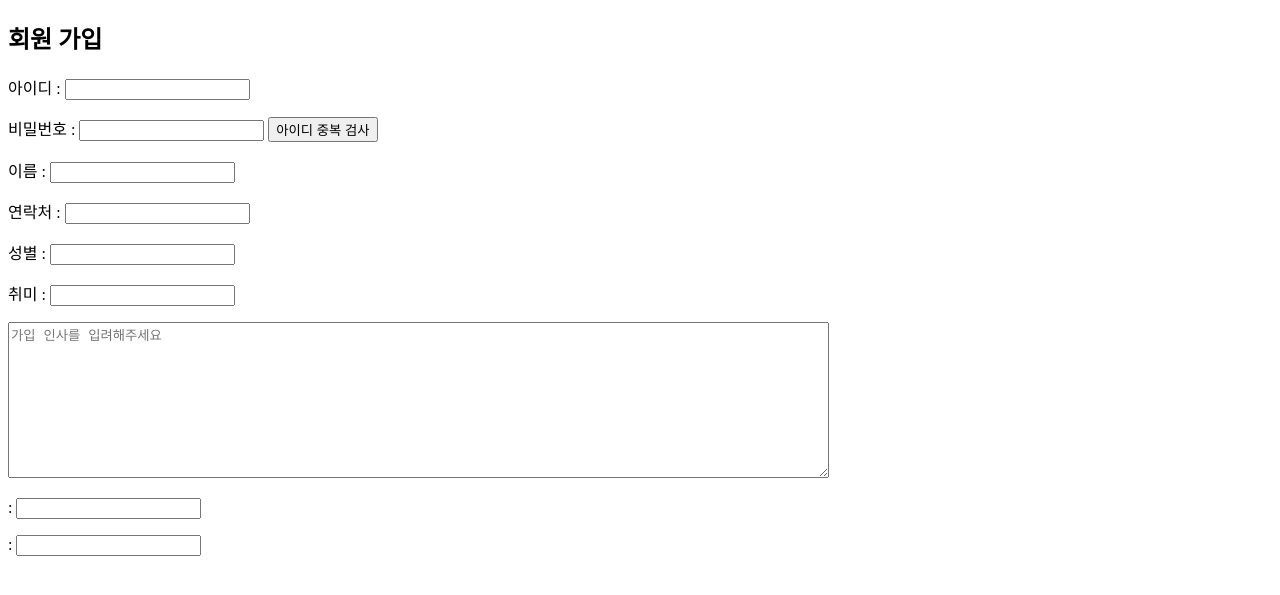
Repository: suinautant/learnCode
Page: http://localhost/JSPBook/ch05/test/register01.jsp
The author's editor kept a copy of each file at every save. The page is drawn from the files as they stood at one save, then again after the next save.
The browser window is 1280 px wide. The pictures show the whole page.
The page is served by Tomcat 9.

Above is the page before, as saved 2021-07-01 05:28:08.

After the next save:
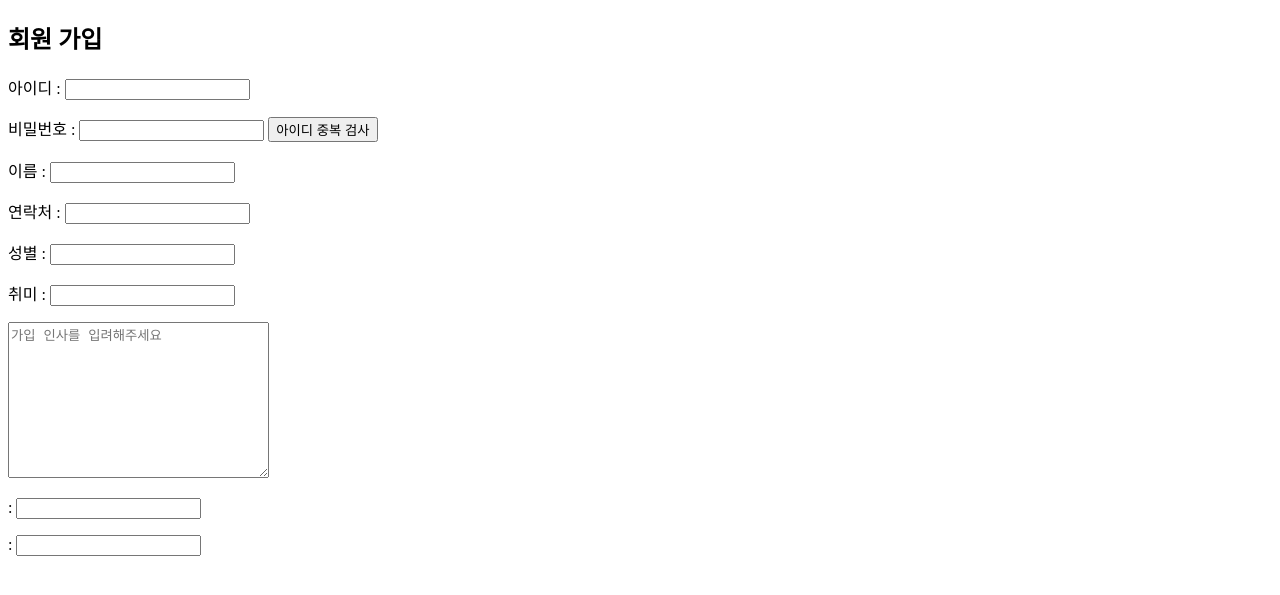
Saved 13 s later.
--- a/jsp/JSPBook/WebContent/ch05/test/register01.jsp
+++ b/jsp/JSPBook/WebContent/ch05/test/register01.jsp
@@ -18,7 +18,7 @@
 <p>연락처 : <input type="text" name="name" /></p>
 <p>성별 : <input type="text" name="name" /></p>
 <p>취미 : <input type="text" name="name" /></p>
-<p><textarea rows="10" cols="100" placeholder="가입 인사를 입려해주세요"></textarea>
+<p><textarea rows="10" cols="30" placeholder="가입 인사를 입려해주세요"></textarea>
 <p> : <input type="text" name="name" /></p>
 <p> : <input type="text" name="name" /></p>
 </form>
